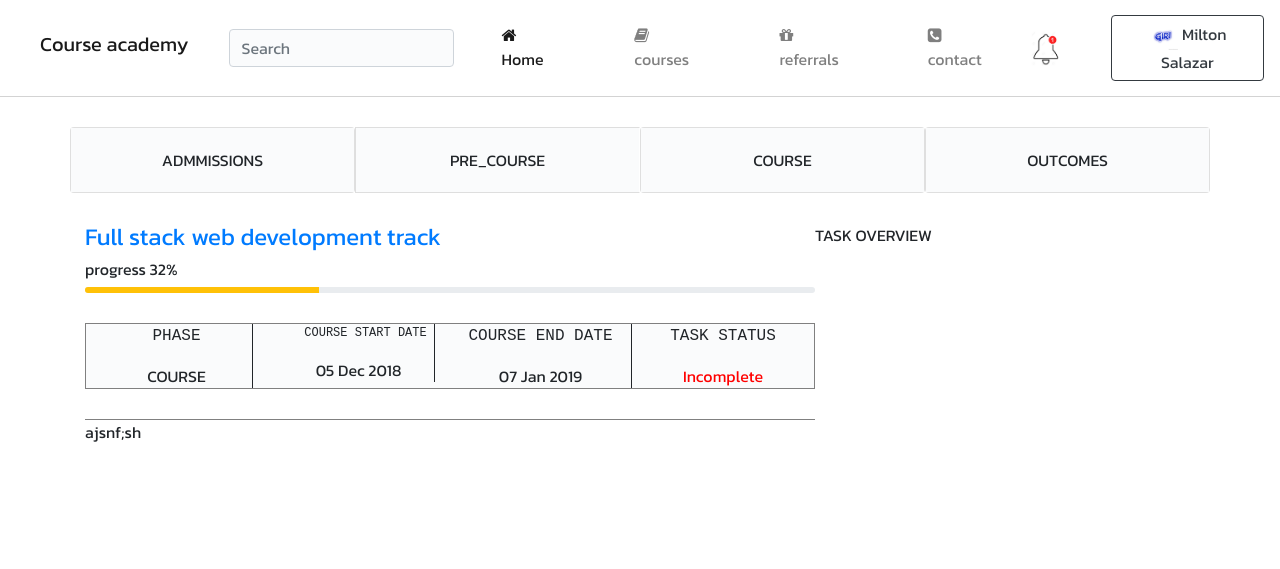
Repository: giribabu1997/html-layout
Page: task.html
An editor plug-in stored every save of this project. The page is shown before and after a run of saves, followed by the edit.
The browser window is 1280 px wide. The pictures show the whole page.
Some web fonts or font styles are not loaded; a fallback is used.

Above is the page before, as saved 2019-06-25 21:10:49.

After the next 2 saves:
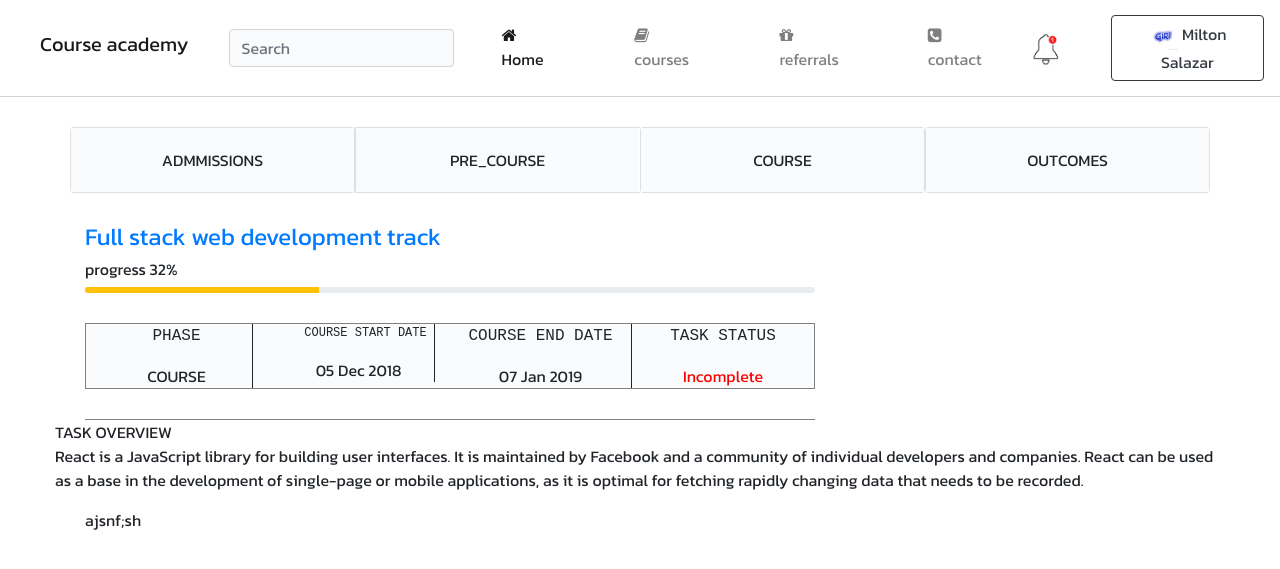
The 2 saves are shown as one change because they came seconds apart.
The last was saved 99 s later.
--- a/task.html
+++ b/task.html
@@ -144,8 +144,11 @@
                 </div>
             </div>
             <div class="row">
-            <h>TASK OVERVIEW</h>
-            <p></p>
+                <h>TASK OVERVIEW</h>
+                <p>React is a JavaScript library for building user interfaces. It is maintained by Facebook and a
+                    community of individual developers and companies. React can be used as a base in the development of
+                    single-page or mobile applications, as it is optimal for fetching rapidly changing data that needs
+                    to be recorded.</p>
             </div>
             <div class="col-4">
                 ajsnf;sh
